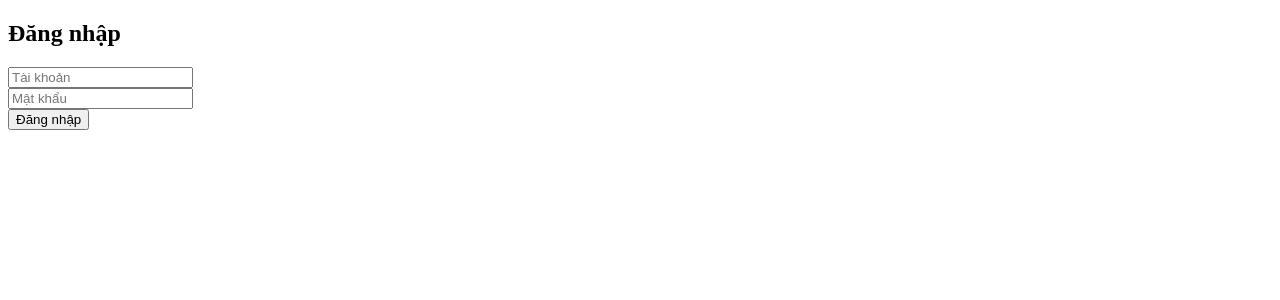
Repository: quynh-trandiem04/BaiTap_Tuan4_LTWeb
Page: http://localhost/Project_LTWeb/login
An editor plug-in stored every save of this project. The page is shown before and after the next save, followed by the edit.
The browser window is 1280 px wide. The pictures show the whole page.
The page is served by Tomcat 10. Other server files are loaded and not shown.

Above is the page before, as saved 2024-09-16 14:59:05.

### Project_LTWeb/src/main/webapp/views/Login.jsp
<%@ page language="java" contentType="text/html; charset=UTF-8"
    pageEncoding="UTF-8"%>
<%@ taglib prefix="c" uri="http://java.sun.com/jsp/jstl/core" %>
<!DOCTYPE html>
<html>
<head>
    <meta charset="UTF-8">
    <title>Đăng nhập</title>
</head>
<body>
    <form action="${pageContext.request.contextPath}/login" method="post">
        <h2>Đăng nhập</h2>

        <!-- Hiển thị thông báo lỗi -->
        <c:if test="${alert != null}">
            <h3 class="alert alert-danger">${alert}</h3>
        </c:if>

        <!-- Hiển thị thông báo đăng ký thành công -->
        <c:if test="${not empty sessionScope.successMessage}">
            <h3 class="alert alert-success">${sessionScope.successMessage}</h3>
            <c:remove var="successMessage" scope="session" /> <!-- Xóa thông báo sau khi hiển thị -->
        </c:if>

        <section>
            <div class="input-group">
                <span class="input-group-addon">
                    <i class="fa fa-user"></i>
                </span>
                <input type="text" placeholder="Tài khoản" name="username" class="form-control" required>
            </div>
        </section>

        <section>
            <div class="input-group">
                <span class="input-group-addon">
                    <i class="fa fa-lock"></i>
                </span>
                <input type="password" placeholder="Mật khẩu" name="password" class="form-control" required>
            </div>
        </section>

        <button type="submit" class="btn btn-primary">Đăng nhập</button>
    </form>
</body>
</html>

### Project_LTWeb/src/main/java/vn/iostar/controllers/LoginController.java
package vn.iostar.controllers;

import java.io.IOException;
import jakarta.servlet.ServletException;
import jakarta.servlet.annotation.WebServlet;
import jakarta.servlet.http.Cookie;
import jakarta.servlet.http.HttpServlet;
import jakarta.servlet.http.HttpServletRequest;
import jakarta.servlet.http.HttpServletResponse;
import jakarta.servlet.http.HttpSession;
import vn.iostar.models.User;
import vn.iostar.services.UserService;
import vn.iostar.services.imp.UserServiceImpl;
import vn.iostar.ultis.Constant;

@SuppressWarnings("serial")
@WebServlet(urlPatterns = "/login")
public class LoginController extends HttpServlet {
    private static final long serialVersionUID = 1L;

    // Phương thức GET xử lý yêu cầu ban đầu và kiểm tra session/cookie
    protected void doGet(HttpServletRequest req, HttpServletResponse resp) throws ServletException, IOException {
        HttpSession session = req.getSession(false); // Kiểm tra nếu session đã tồn tại
        if (session != null && session.getAttribute("account") != null) {
            resp.sendRedirect(req.getContextPath() + "/home"); // Chuyển hướng người dùng đến trang chính sau khi đăng nhập
            return;
        }
        // Kiểm tra cookie lưu username nếu có
        Cookie[] cookies = req.getCookies();
        if (cookies != null) {
            for (Cookie cookie : cookies) {
                if (cookie.getName().equals("username")) {
                    session = req.getSession(true);
                    session.setAttribute("username", cookie.getValue());
                    resp.sendRedirect(req.getContextPath() + "/home"); // Chuyển hướng đến trang chính
                    return;
                }
            }
        }
        // Nếu không có session hay cookie, chuyển hướng đến trang đăng nhập
        req.getRequestDispatcher("/views/Login.jsp").forward(req, resp);
    }

    // Phương thức POST xử lý đăng nhập
    @Override
    protected void doPost(HttpServletRequest req, HttpServletResponse resp) throws ServletException, IOException {
        resp.setContentType("text/html");
        resp.setCharacterEncoding("UTF-8");
        req.setCharacterEncoding("UTF-8");

        // Lấy thông tin đăng nhập từ form
        String username = req.getParameter("username");
        String password = req.getParameter("password");

        // Xử lý kiểm tra Remember Me
        boolean isRememberMe = false;
        String remember = req.getParameter("remember");
        if ("on".equals(remember)) {
            isRememberMe = true;
        }

        // Kiểm tra trường hợp thông tin đăng nhập rỗng
        if (username.isEmpty() || password.isEmpty()) {
            req.setAttribute("alert", "Tài khoản hoặc mật khẩu không được rỗng");
            req.getRequestDispatcher("/views/Login.jsp").forward(req, resp);
            return;
        }

        // Gọi phương thức login từ UserService
        UserService service = new UserServiceImpl();
        User user = service.login(username, password);

        if (user != null) {
            // Đăng nhập thành công
            HttpSession session = req.getSession(true);
            session.setAttribute("account", user);

            // Xử lý Remember Me nếu được chọn
            if (isRememberMe) {
                saveRememberMe(resp, username);
            }

            // Chuyển hướng đến trang chính
            resp.sendRedirect(req.getContextPath() + "/home");
        } else {
            // Đăng nhập thất bại, kiểm tra lý do và hiển thị thông báo cụ thể
            if (service.findByUserName(username) == null) {
                req.setAttribute("alert", "Tên đăng nhập không tồn tại");
            } else {
                req.setAttribute("alert", "Mật khẩu không đúng");
            }
            req.getRequestDispatcher("/views/Login.jsp").forward(req, resp);
        }
    }

    // Lưu thông tin Remember Me dưới dạng cookie
    private void saveRememberMe(HttpServletResponse response, String username) {
        Cookie cookie = new Cookie(Constant.COOKIE_REMEMBER, username);
        cookie.setMaxAge(24 * 60 * 60); // Cookie có hiệu lực trong 1 ngày
        response.addCookie(cookie);
    }
}

After the next save:
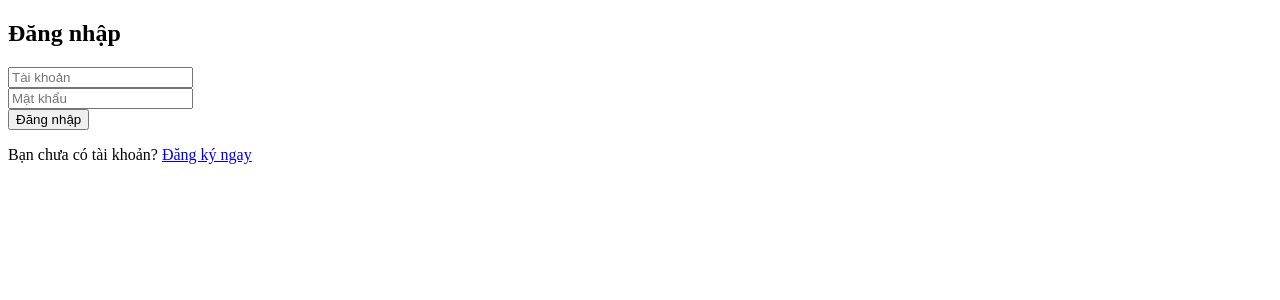
Saved 93 s later.
--- a/Project_LTWeb/src/main/webapp/views/Login.jsp
+++ b/Project_LTWeb/src/main/webapp/views/Login.jsp
@@ -1,5 +1,5 @@
 <%@ page language="java" contentType="text/html; charset=UTF-8"
-    pageEncoding="UTF-8"%>
+	pageEncoding="UTF-8"%>
 <%@ taglib prefix="c" uri="http://java.sun.com/jsp/jstl/core" %>
 <!DOCTYPE html>
 <html>
@@ -8,18 +8,11 @@
     <title>Đăng nhập</title>
 </head>
 <body>
-    <form action="${pageContext.request.contextPath}/login" method="post">
+    <form action="login" method="post">
         <h2>Đăng nhập</h2>
 
-        <!-- Hiển thị thông báo lỗi -->
         <c:if test="${alert != null}">
             <h3 class="alert alert-danger">${alert}</h3>
-        </c:if>
-
-        <!-- Hiển thị thông báo đăng ký thành công -->
-        <c:if test="${not empty sessionScope.successMessage}">
-            <h3 class="alert alert-success">${sessionScope.successMessage}</h3>
-            <c:remove var="successMessage" scope="session" /> <!-- Xóa thông báo sau khi hiển thị -->
         </c:if>
 
         <section>
@@ -42,5 +35,11 @@
 
         <button type="submit" class="btn btn-primary">Đăng nhập</button>
     </form>
+
+    <!-- Thêm phần đăng ký -->
+    <div>
+        <p>Bạn chưa có tài khoản? <a href="${pageContext.request.contextPath}/register">Đăng ký ngay</a></p>
+    </div>
+
 </body>
 </html>
